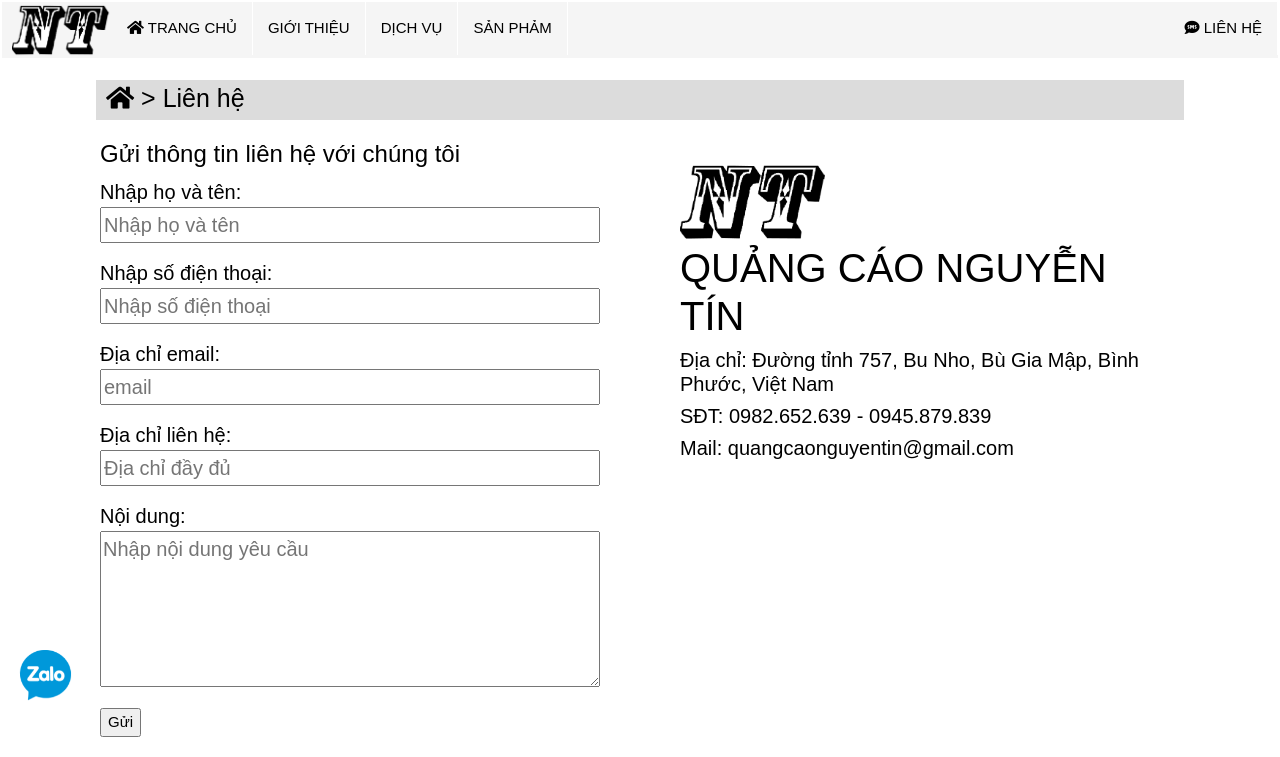
Repository: Haunguyen42193/quangcaonguyentin.github.io
Page: contact.html
These files come from the project's save history. The page is drawn as it stood at one moment and after the next save; the edit follows.
The browser window is 1280 px wide. The pictures show the part of the page from y = 0 to 757 px (the page is 1526 px tall).
Pictures or frames that could not be fetched are drawn as grey boxes. Some web fonts or font styles are not loaded; a fallback is used. Some web libraries are served in a nearby version.

Above is the page before, as saved 2021-09-17 17:35:15.

### contact.html
<!DOCTYPE html>
<html lang="en">
<head>
    <meta charset="UTF-8">
    <meta http-equiv="X-UA-Compatible" content="IE=edge">
    <meta name="viewport" content="width=device-width, initial-scale=1.0">
    <title>Quảng Cáo Nguyễn Tín</title>
    <link rel="shotcut icon" href="images/logo2.png"/>
    <link
    rel="stylesheet"
    href="https://cdnjs.cloudflare.com/ajax/libs/animate.css/4.1.1/animate.min.css"
    />
    <!--carousel-->
    <link href="https://cdn.jsdelivr.net/npm/bootstrap@5.1.0/dist/css/bootstrap.min.css" rel="stylesheet" integrity="sha384-KyZXEAg3QhqLMpG8r+8fhAXLRk2vvoC2f3B09zVXn8CA5QIVfZOJ3BCsw2P0p/We" crossorigin="anonymous">
    <!--font awesome-->
    <link rel="stylesheet" href="https://pro.fontawesome.com/releases/v5.10.0/css/all.css" integrity="sha384-AYmEC3Yw5cVb3ZcuHtOA93w35dYTsvhLPVnYs9eStHfGJvOvKxVfELGroGkvsg+p" crossorigin="anonymous"/>
    <!--css-->
    <link rel="stylesheet" href="CSS/stylecontact.css"/>
    <!--font chữ-->
    <link rel="preconnect" href="https://fonts.googleapis.com">
    <link rel="preconnect" href="https://fonts.gstatic.com" crossorigin>
    <link href="https://fonts.googleapis.com/css2?family=K2D:wght@600&display=swap" rel="stylesheet">
    <!-- JavaScript Bundle with Popper -->
    <script src="https://cdn.jsdelivr.net/npm/bootstrap@5.1.0/dist/js/bootstrap.bundle.min.js" integrity="sha384-U1DAWAznBHeqEIlVSCgzq+c9gqGAJn5c/t99JyeKa9xxaYpSvHU5awsuZVVFIhvj" crossorigin="anonymous"></script>
    <!--Jquery-->
    <script src="Js/jquery-3.6.0.min.js"></script>

</head>
<body>
    <script src="Js/main.js"></script>
    <nav class="header-menu">
        <div class="menu">
            <div class="logo">
                <a href="homepage.html"><img src="images/logo2.png" alt="bang quang cao tiem" id="logotiem"/></a>
            </div>
            <ul>
                <li><a href="homepage.html"><i class="fas fa-home"></i> TRANG CHỦ</a></li>
                <li><a href="#">GIỚI THIỆU</a></li>
                <li class="sub"><a href="homepage.html">DỊCH VỤ</a>
                    <ul class="menu subcontent">
                        <li><a href="#">LÀM BẢNG HIỆU LED</a></li>
                        <li><a href="#">LÀM BẢNG HIỆU ALU</a></li>
                        <li><a href="#">LÀM BẢNG HIỆU HỘP ĐÈN</a></li>
                        <li><a href="#">LÀM BẢNG HIỆU MICA</a></li>
                    </ul>
                </li>
                <li class="sub"><a href="#">SẢN PHẢM</a>
                    <ul class="menu subcontent">
                      <li><a href="#">BẢNG HIỆU HỘP ĐÈN</a></li>
                      <li><a href="#">MẶT DỰNG ALU</a></li>
                      <li><a href="#">BẢNG HIỆU CHỮ NỔI</a></li>
                      <li><a href="#">BẢNG HIỆU LED</a></li>
                    </ul>
                </li>
                <li><a href="contact.html"><i class="fas fa-sms"></i> LIÊN HỆ</a></li>
            </ul>
        </div>
      </nav>

      <!--go to top-->
      <div>
        <a id="goToTop" href="javascript:;"><i class="fas fa-chevron-up" title="GO TO TOP"></i></a>
      </div>
      <!--zalo-->
      <div class="zalo">
        <a href="https://zalo.me/0982652639" target="_blank"><img src="images/icon-zalo1.png"/></a>
      </div>
      <!--content of contact-->
    <section>
        <div class="contact-title">
            <div>
                <a href="homepage.html" title="Trang chủ"><i class="fas fa-home"></i></a>
                <span>></span>
                <span class="move">Liên hệ</span>
            </div>
        </div>
        <div class="contact">
            <div class="contact-info">
                <h4>Gửi thông tin liên hệ với chúng tôi</h4>
                <div class="nhap">
                    <p>Nhập họ và tên: </p><input type="text" placeholder="Nhập họ và tên" id="name"/>
                </div>
                <div class="nhap">
                    <p>Nhập số điện thoại:</p><input type="text" placeholder="Nhập số điện thoại" id="phone"/>
                </div>
                <div class="nhap">
                    <p>Địa chỉ email: </p><input type="text" placeholder="email" id="mail"/>
                </div>
                <div class="nhap">
                    <p>Địa chỉ liên hệ: </p><input type="text" placeholder="Địa chỉ đầy đủ" id="address/>
                </div>
                <div class="nhap">
                    <p>Nội dung:</p>
                    <textarea placeholder="Nhập nội dung yêu cầu" name="sNoidung" rows="5" id="request"></textarea>
                </div>
                <div class="submit">
                    <input type="button" value="Gửi" id="submit"/>
                </div>

            </div>
        </div>
        <section class="notice">
          <div class="popup">
            <a href="#">x</a>
            <input type="button" value="OK" id="ok"/>
          </div>
        </section>
        <div class="contact1">
            <div class="contact-info">
                <img src="images/logo2.png" alt="logo" class="foot-logo" />
                <h1>QUẢNG CÁO NGUYỄN TÍN</h1>
                <h2>Địa chỉ: Đường tỉnh 757, Bu Nho, Bù Gia Mập, Bình Phước, Việt Nam</h2>
                <h2>SĐT: 0982.652.639 - 0945.879.839</h2>
                <h2>Mail: quangcaonguyentin@gmail.com</h2>
            </div>
        </div>
    </section>
    <div class="google-map-contact">
        <iframe src="https://www.google.com/maps/embed?pb=!1m18!1m12!1m3!1d5524.536939975059!2d106.86915028708552!3d11.734195462804998!2m3!1f0!2f0!3f0!3m2!1i1024!2i768!4f13.1!3m3!1m2!1s0x31735d28dd4c295f%3A0xd023a3b16b598d53!2zVHLGsOG7nW5nIFRIUFQgTmd1eeG7hW4gS2h1eeG6v24gLSBCw7kgTmhv!5e0!3m2!1svi!2s!4v1629276927340!5m2!1svi!2s" style="border:0;" allowfullscreen="" loading="lazy"></iframe>"
      </div>
    <section>
        <div class="foot-contacts">
          <div class="foot-contact">
            <img src="images/logo2.png" alt="logo" class="foot-logo" />
            <h1>QUẢNG CÁO NGUYỄN TÍN</h1>
            <h2>Địa chỉ: Đường tỉnh 757, Bu Nho, Bù Gia Mập, Bình Phước, Việt Nam</h2>
            <h2>SĐT: 0982.652.639 - 0945.879.839</h2>
            <h2>Mail: quangcaonguyentin@gmail.com</h2>
          </div>
          <div class="foot-service">
            <div class="foot-service-title">
              <h1>DANH MỤC DỊCH VỤ</h1>
            </div>
            <h2><a href="#">Làm bảng hiệu LED</a></h2>
            <h2><a href="#">Làm bảng hiệu ALU</a></h2>
            <h2><a href="#">Làm bảng hiệu HỘP ĐÈN</a></h2>
            <h2><a href="#">Làm bảng hiệu MICA</a></h2>
          </div>
          <div class="foot-product">
            <div class="foot-service-title">
              <h1>DANH MỤC SẢN PHẨM</h1>
            </div>
            <h2><a href="#">Làm bảng hiệu LED</a></h2>
            <h2><a href="#">Làm bảng hiệu ALU</a></h2>
            <h2><a href="#">Làm bảng hiệu HỘP ĐÈN</a></h2>
            <h2><a href="#">Làm bảng hiệu MICA</a></h2>
          </div>
        </div>
      </section>
      <!--foot-->
      <div class="web-foot">
        <h2>QUẢNG CÁO NGUYỄN TÍN &#10052 2021</h2>
      </div>
</body>
</html>

### CSS/stylecontact.css
body {
    font-family: 'K2D', sans-serif;
    font-size: 15px;
    background-color: white;
    background-repeat: no-repeat;
    background-attachment: fixed;
}
/*menu*/
.header-menu{
    width:100%;
    background-color: whitesmoke;
    padding-left: 10px;
    border: 2px solid white;
    position: fixed;
    z-index:99;
    top:0;
    left:0;
}
img#logotiem{
    width:100px;
    float:left;
}
div.menu > ul{
    display:flex;
    /* justify-content: center;
    align-items: center; */
}
div.menu ul{
    list-style-type: none;
    margin: 0;
    padding:0;
    background-color: whitesmoke;
}
div.menu ul li:last-child{
    margin-left: auto;
}
.subcontent{
    display:none;
    background: linear-gradient(gray, rgb(224, 222, 222));
}
.sub:hover .subcontent{
    display: block;
    position:absolute;
    width: 230px;
}

div.menu ul li{
    margin-bottom: 0px;
    position:relative;
    border-right: 1px solid white;
}

div.menu ul li a::before{
    content: '';
     position: absolute;
     bottom: -7px;
     left: 0px;
     width: 100%;
     height: 5px;
     background-color: #0cacdd;
     border-radius: 8px 8px 0 0;
     opacity: 0;
     transition: 0.3s;
}

div.menu ul li a:hover:before{
    opacity: 1;
    bottom:0;
}
div.menu ul li a{
    text-decoration: none;
    display: block;
    padding: 15px;
}
a:link{
    color:black;
}
a:visited{
    color:black;
}
a:hover{
    background-color: rgb(37, 32, 32);
    color: #2591d8;
}
a:active{
    color:rgb(35, 23, 201);
}

.subcontent::before{
    content: " ";
    border-width: 10px;
    border-style: solid;
    border-color:transparent transparent gray transparent;
    position: absolute;
    bottom: 100%;
    left:15%;
}
/*gototop*/
#goToTop {
    position: fixed;
    font-size: 30px;
    border-radius: 50%;
    z-index: 99;
    padding: 0 10px;
    border: 2px solid red;
    color: red;
    opacity: 0.5;
    right: 10px;
    bottom: 10px;
}
/*zalo*/
.zalo{
    position: fixed;
    z-index: 999;
    left: 20px;
    bottom: 20px;
    width: 4%;
}
.zalo img{
    width: 100%;
    animation:zalo-ring 1s infinite ease-in-out;
}
.zalo > a:hover{
    background-color: transparent;
}
@keyframes zalo-ring{
    0%{
    transform:rotate(0) scale(1) skew(1deg)
    }
    10%{
        transform:rotate(-25deg) scale(1.05) skew(1deg)
    }
    20%{
        transform:rotate(25deg) scale(1) skew(1deg)
    }
    30%{
        transform:rotate(-25deg) scale(1.05) skew(1deg)
    }
    40%{
        transform:rotate(25deg) scale(1) skew(1deg)
    }
    50%{
        transform:rotate(0) scale(1) skew(1deg)
    }
    100%{
        transform:rotate(0) scale(1) skew(1deg)
    }
}
/*foot contact*/
.foot-contacts {
    display: flex;
    position: relative;
    top: 120px;
    justify-content: center;
}
.foot-contacts h2{
    font-size: 15px;
}
.foot-contact {
    display: flex;
    width: 350px;
    flex-wrap: wrap;
    width: 25%;
}
.foot-logo{
    width:30%;
}
.foot-contact h1{
    width: 50%;
    font-size: 25px;
}
.foot-service{
    position: relative;
    border-right: 1px solid gray;
    width:25%;
    padding: 0 50px;
    border-left: 1px solid gray;
}
.foot-product{
    position: relative;
    width: 25%;
    padding: 0 50px;
}
.foot-service-title h1{
    font-size: 20px;
    padding-bottom: 10px;
    padding-top: 10px;
}
.foot-contacts a{
    text-decoration: none;
}
.foot-contacts a:link{
    color: #4b7494;
}
.foot-contacts a:visited{
    color: #4b7494;
}
.foot-contacts a:hover{
    color: #0c0e0f;
    background-color: white;
}
.foot-contacts a:active{
    color: #124c79;
}
/*web foot*/
.web-foot{
    background-color: gray;
    position: relative;
    top: 80px;
    padding: 15px;
    margin-top: 60px;
}
.web-foot > h2{
    text-align: center;
    font-size: 15px;
}
/*contact*/
.contact {
    color: black;
    position: relative;
    top:100px;
    left: 100px;
    width: 500px;
    border-radius: 5px;
}
.contact1 {
    color: black;
    position: absolute;
    top:160px;
    right: 100px;
    width: 500px;
    border-radius: 5px;
}
.contact-title{
    color: black;
    position: relative;
    top: 80px;
    width: 85%;
    margin: auto;
    height: 40px;
    background-color: gainsboro;
    font-size: 25px;
}
.contact-title div{
    padding-left: 10px;
}
.contact-title a:hover{
    background-color: transparent;
    color: black;
}
.contact-info p{
    font-size: 20px;
    position: relative;
    margin: 0;
}
.nhap input, textarea{
    font-size: 20px;
    width: 100%;
    margin-bottom: 15px;
}
.contact1 h2{
    font-size: 20px;
}
.popup{
    position: fixed;
    width: 30%;
    height: 400px;
    background-color: rgb(238, 238, 238);
    z-index: 99;
    top: 10%;
    left:35%;
    box-shadow: 3px 3px 3px black;
    opacity: 0;
}
.popup a{
    padding: 0 8px 5px;
    text-decoration: none;
    position: absolute;
    top: 0;
    left: 0;
    color: black;

}
.popup a:hover{
    background-color: red;
    color: white;
    outline: 1px groove white;
}
#ok{
    position: absolute;
    bottom: 3px;
    right: 5px;
    width: 60px;
}
/*contact-map*/
.google-map-contact iframe{
    position: relative;
    top:120px;
    width: 100%;
    height:500px;
}

### Js/main.js

$(document).ready(function() {
    $("#goToTop").hide()
    $(window).scroll(function() {

        if($(this).scrollTop() >= 80)
            $("#goToTop").show("slow");
        else
            $("#goToTop").hide("slow");

    })
    $("#goToTop").click(function() {
        $("html, body").animate({
            scrollTop: 0
        }, 1000);
    })
    $("#submit").click(function(){
        $(".popup").fadeIn(1, 1000)
    })
})

Loaded but not shown: Js/jquery-3.6.0.min.js (library)

After the next save:
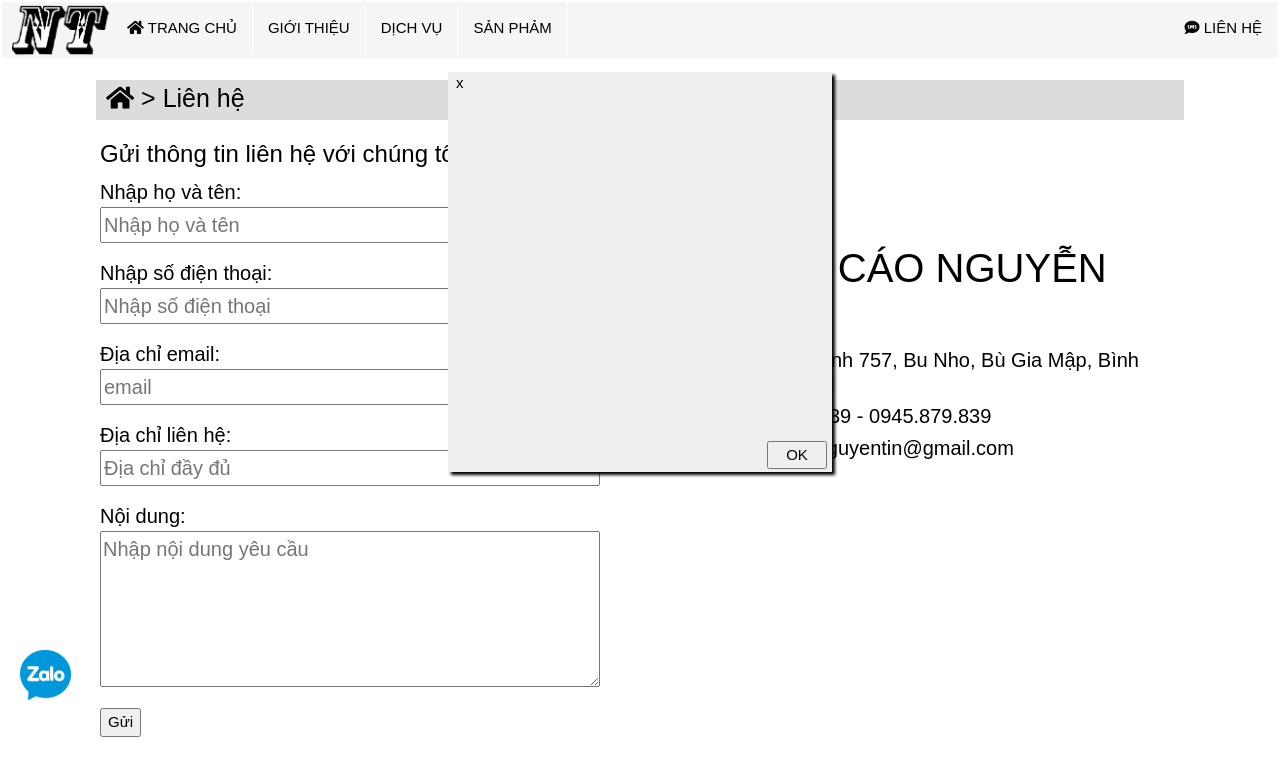
Saved 12 s later.
--- a/CSS/stylecontact.css
+++ b/CSS/stylecontact.css
@@ -270,7 +270,6 @@ a:active{
     top: 10%;
     left:35%;
     box-shadow: 3px 3px 3px black;
-    opacity: 0;
 }
 .popup a{
     padding: 0 8px 5px;

After the save that followed:
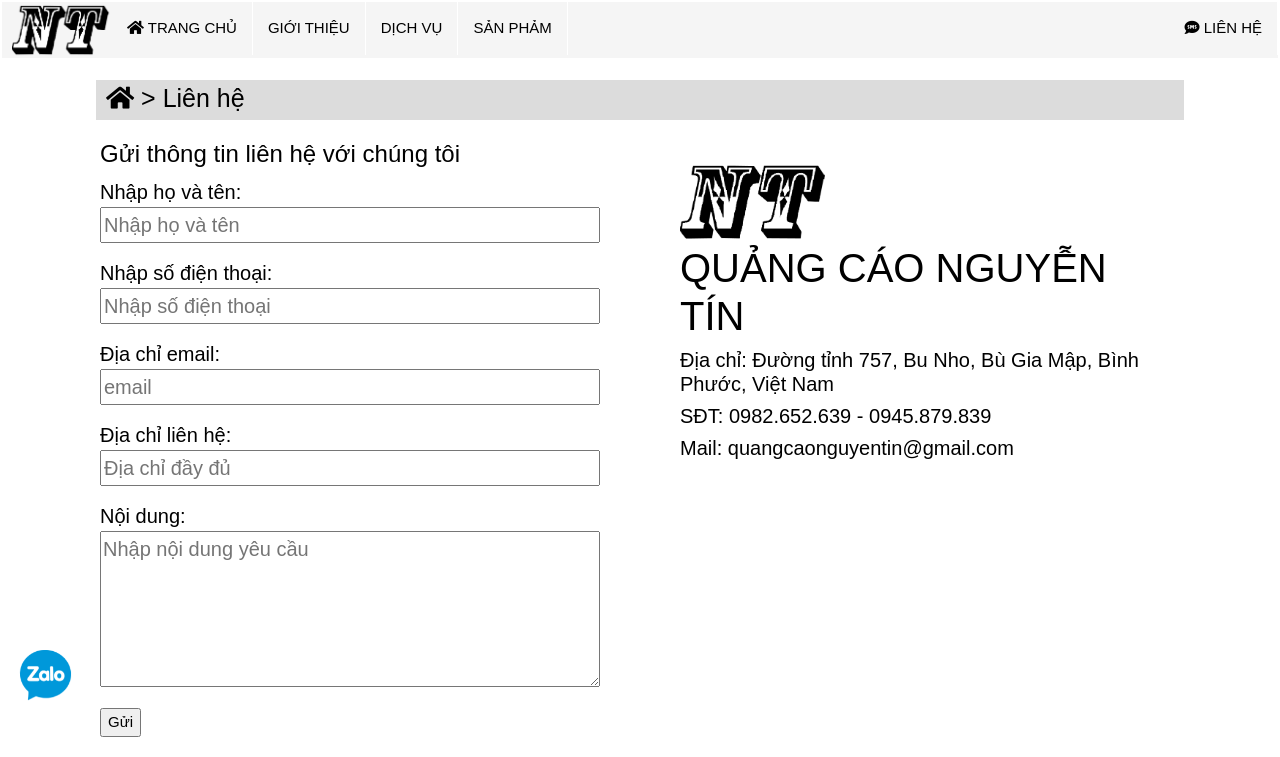
Saved 22 s later.
--- a/Js/main.js
+++ b/Js/main.js
@@ -14,7 +14,8 @@ $(document).ready(function() {
             scrollTop: 0
         }, 1000);
     })
+    $(".popup").hide()
     $("#submit").click(function(){
-        $(".popup").fadeIn(1, 1000)
+        $(".popup").fadeIn(1)
     })
 })
